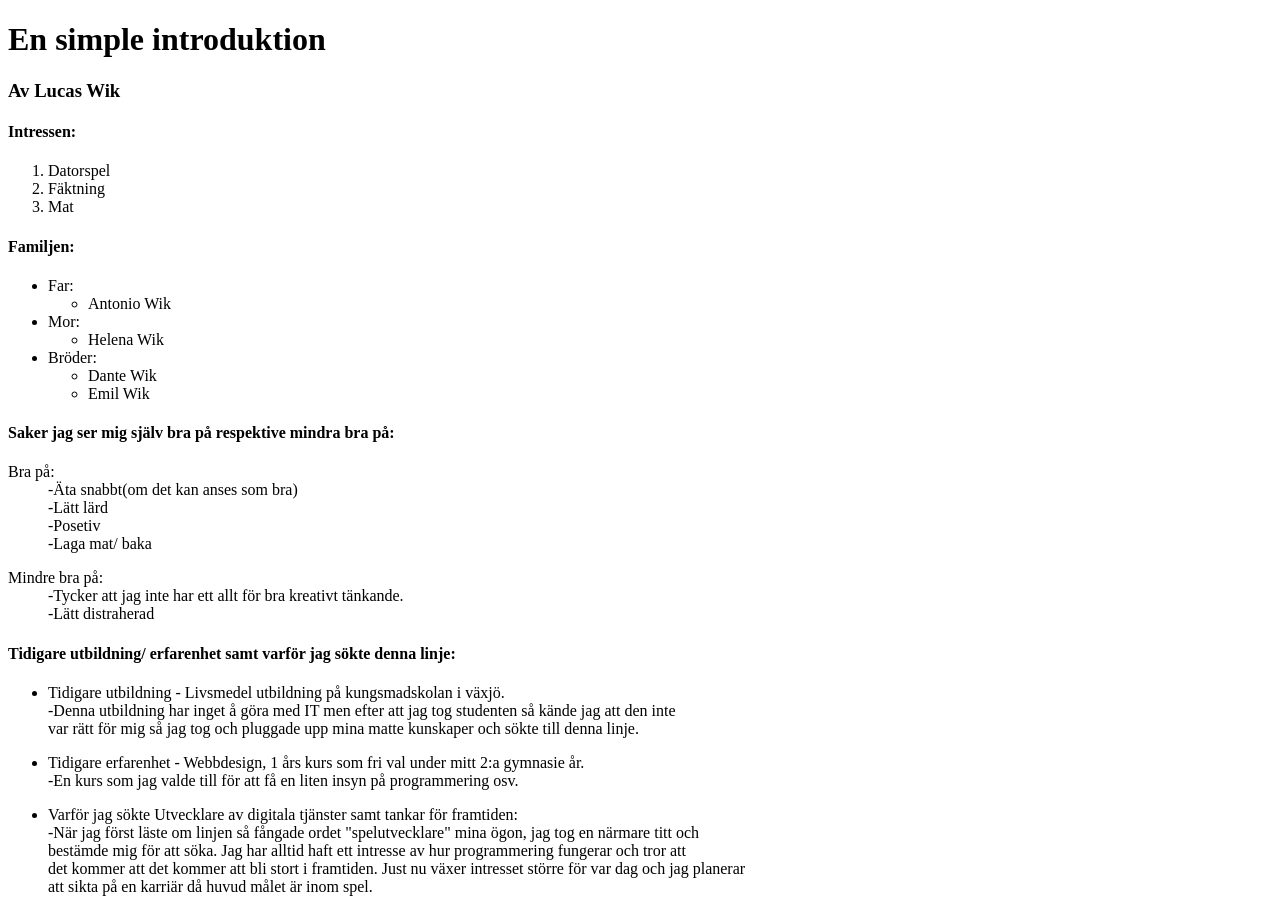
Repository: lw222gz/1ik415-laborationer
Page: index.html
The author's editor kept a record of every edit. The page is drawn from the files as they stood at one moment, then again after the next edit.
The browser window is 1280 px wide. The pictures show the whole page.

Above is the page before.

After the next edit:
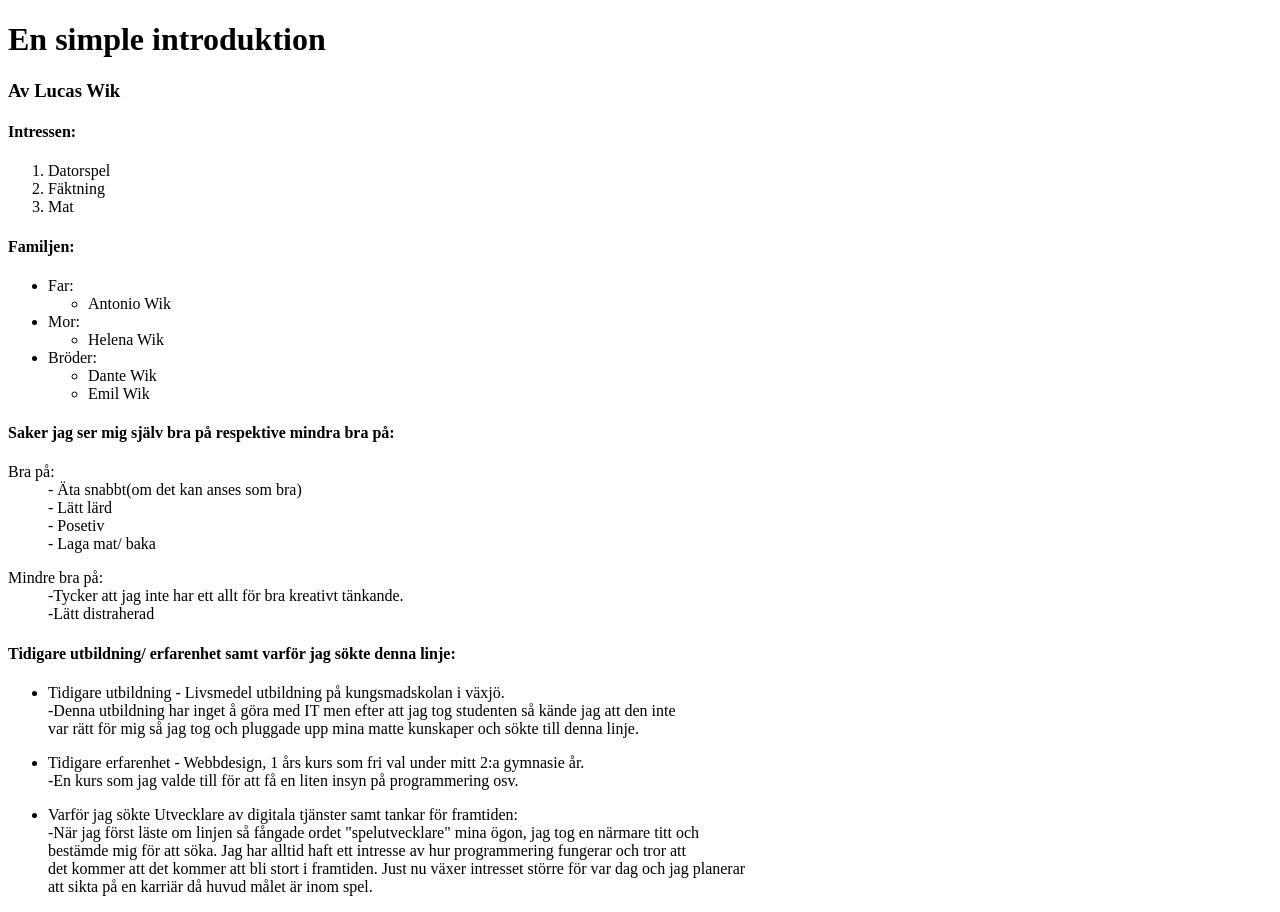
The edit:
--- a/index.html
+++ b/index.html
@@ -49,10 +49,10 @@
 <h4>Saker jag ser mig själv bra på respektive mindra bra på:</h4>
 <dl>
     <dt>Bra på:</dt>
-    <dd>-Äta snabbt(om det kan anses som bra)</dd>
-    <dd>-Lätt lärd</dd>
-    <dd>-Posetiv</dd>
-    <dd>-Laga mat/ baka</dd>
+        <dd>- Äta snabbt(om det kan anses som bra)</dd>
+        <dd>- Lätt lärd</dd>
+        <dd>- Posetiv</dd>
+        <dd>- Laga mat/ baka</dd>
 
     </p>
 
